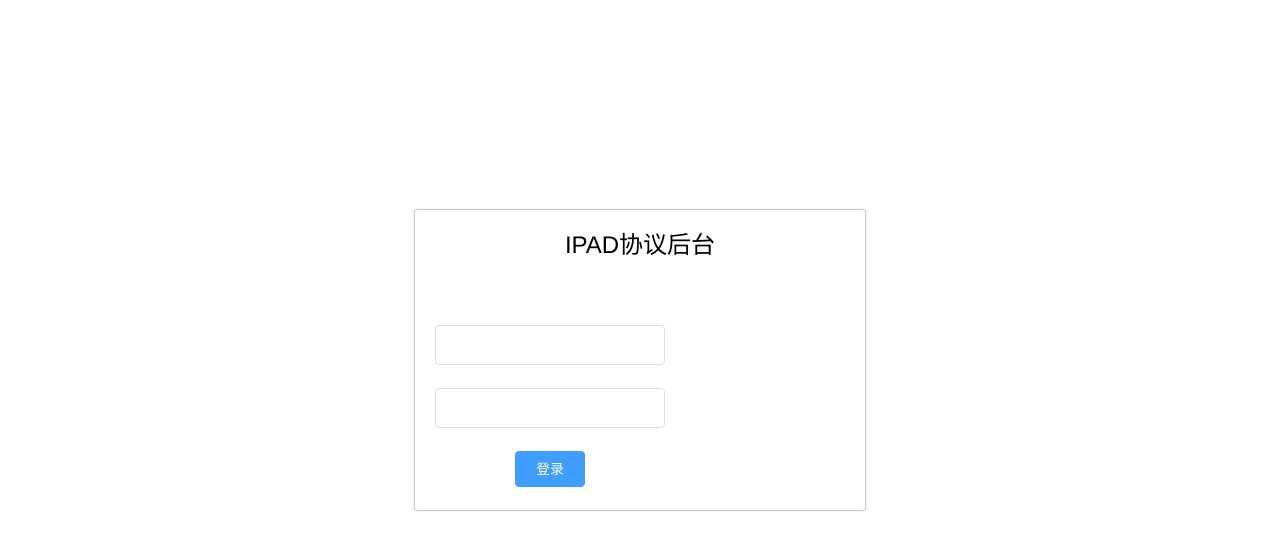
Repository: Iamanuan/ipad_admin
Page: /
These files come from the project's save history. The page is drawn as it stood at one moment and after the next save; the edit follows.
The browser window is 1280 px wide. The pictures show the whole page.
The project was rebuilt for these pictures with package versions that can differ from the ones it lists, and the page was loaded fresh each time. Also part of the build but not shown: vue.config.js.

Above is the page before, as saved 2020-05-07 13:47:55.

After the next save:
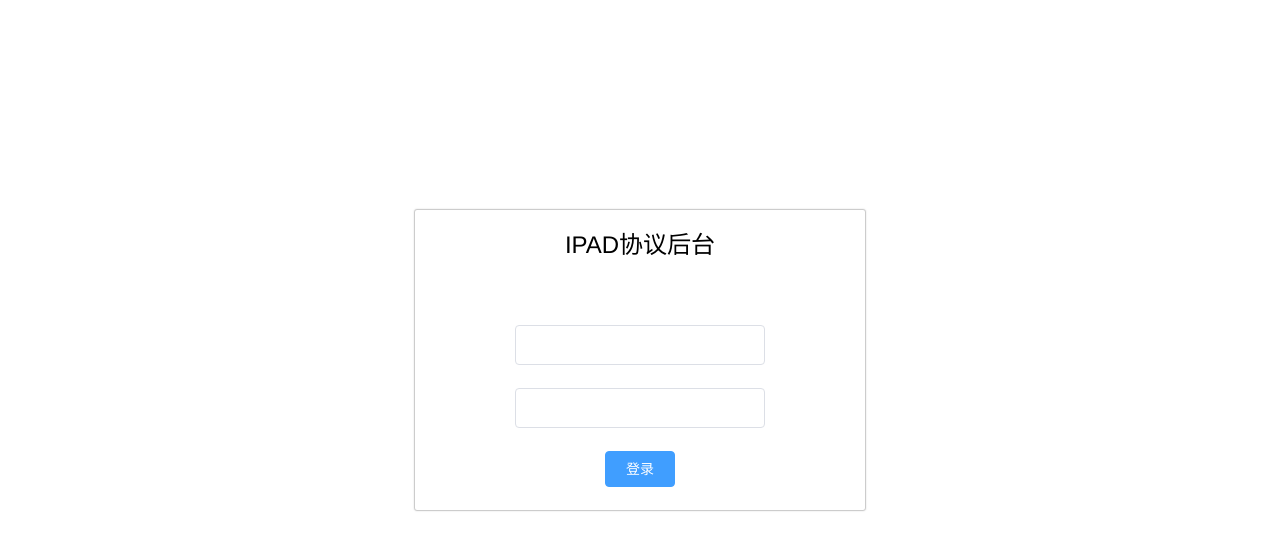
Saved 23 s later.
--- a/src/components/Login.vue
+++ b/src/components/Login.vue
@@ -58,8 +58,8 @@ export default {
 .login_form{
   position: absolute;
   bottom: 0;
-  padding: 0 20px;
-  width: 60%;
+  padding: 0 100px;
+  width: 100%;
   box-sizing: border-box;
 }
 
